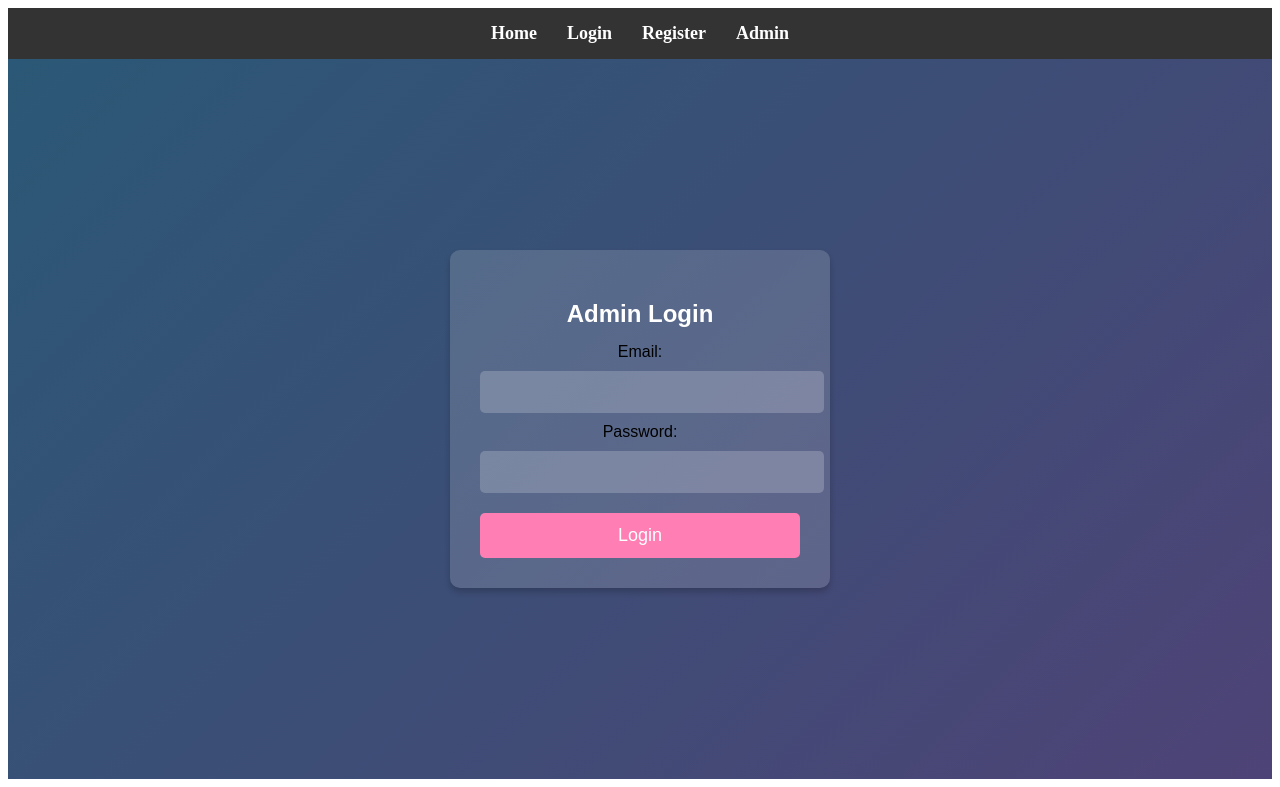
Repository: AhmedIbu/angular-login-app
Page: /admin-login (app in angular-login-app/)
The author's editor kept a copy of each file at every save. The page is drawn from the files as they stood at one save, then again after the next save.
The browser window is 1280 px wide. The pictures show the whole page.
The project was rebuilt for these pictures with package versions that can differ from the ones it lists, and the page was loaded fresh each time. Also part of the build but not shown: angular-login-app/angular.json, angular-login-app/src/app/home/home.component.ts, angular-login-app/src/app/login/login.component.ts, angular-login-app/src/app/register/register.component.ts, angular-login-app/src/app/services/user.service.ts, angular-login-app/src/app/admin-dashboard/admin-dashboard.component.ts, angular-login-app/src/app/user-dashboard/user-dashboard.component.ts.

Above is the page before, as saved 2025-02-21 11:36:25.

### angular-login-app/src/index.html
<!doctype html>
<html lang="en">
<head>
  <meta charset="utf-8">
  <title>AngularLoginApp</title>
  <base href="/">
  <meta name="viewport" content="width=device-width, initial-scale=1">
  <link rel="icon" type="image/x-icon" href="favicon.ico">
</head>
<body>
  <app-root></app-root>
</body>
</html>

### angular-login-app/src/styles.css
/*  app components css   */

/* Style the navigation bar */
.navbar {
  background: #333;
  padding: 15px;
  text-align: center;
}

/* Style the list */
.nav-list {
  list-style: none;
  padding: 0;
  margin: 0;
  display: flex;
  justify-content: center;
}

/* Style the navigation links */
.nav-list li {
  margin: 0 15px;
}

.nav-link {
  text-decoration: none;
  color: white;
  font-size: 18px;
  font-weight: bold;
  transition: color 0.3s ease-in-out;
}

/* Hover effect */
.nav-link:hover {
  color: #385348;
}

/* Responsive design */
@media (max-width: 600px) {
  .nav-list {
    flex-direction: column;
  }

  .nav-list li {
    margin-bottom: 10px;
  }
}

### angular-login-app/src/main.ts
import { bootstrapApplication } from '@angular/platform-browser';
import { appConfig } from './app/app.config';
import { AppComponent } from './app/app.component';
import { provideHttpClient } from '@angular/common/http';

bootstrapApplication(AppComponent, {
  ...appConfig, // ✅ Spread existing config
  providers: [
    ...appConfig.providers, // ✅ Keep existing providers
    provideHttpClient() // ✅ Ensure HTTP client is provided
  ]
}).catch(err => console.error(err));

### angular-login-app/src/app/app.config.ts
import { ApplicationConfig } from '@angular/core';
import { provideRouter, Routes } from '@angular/router';
import { provideHttpClient } from '@angular/common/http';

// ✅ Import standalone components
import { HomeComponent } from './home/home.component';
import { LoginComponent } from './login/login.component';
import { RegisterComponent } from './register/register.component';
import { AdminDashboardComponent } from './admin-dashboard/admin-dashboard.component';
import { AdminLoginComponent } from './admin-login/admin-login.component';
import { UserDashboardComponent } from './user-dashboard/user-dashboard.component';

// ✅ Define routes
const routes: Routes = [
  { path: '', component: HomeComponent}, // Default route
  { path: 'login', component: LoginComponent },
  { path: 'register', component: RegisterComponent },
  { path: 'admin-login', component: AdminLoginComponent },
  { path: 'user-dashboard', component: UserDashboardComponent },
  { path: 'admin-dashboard', component: AdminDashboardComponent },
  { path: '**', redirectTo: 'user-dashboard' } // Catch-all for unknown routes
];

export const appConfig: ApplicationConfig = {
  providers: [
    provideRouter(routes),
    provideHttpClient()
  ]
};

### angular-login-app/src/app/app.component.ts
import { Component } from '@angular/core';
import { RouterModule } from '@angular/router';

@Component({
  selector: 'app-root',
  standalone: true,
  imports: [RouterModule],
  templateUrl: './app.component.html',
  styleUrls: ['./app.component.css','../styles.css']
})
export class AppComponent { }

### angular-login-app/src/app/admin-login/admin-login.component.ts
import { Component } from '@angular/core';
import { Router } from '@angular/router';
import { CommonModule } from '@angular/common';
import { FormsModule } from '@angular/forms';
import { AuthService } from '../services/auth.service';

@Component({
  selector: 'app-admin-login',
  standalone: true,
  templateUrl: './admin-login.component.html',
  styleUrls: ['./admin-login.component.css'],
  imports: [CommonModule, FormsModule],
})
export class AdminLoginComponent {
  email = '';
  password = '';
  errorMessage = '';
  loading = false; // ✅ Added loading state

  constructor(private authService: AuthService, private router: Router) {}

  onAdminLogin() {
    if (!this.email.trim() || !this.password.trim()) {
      this.errorMessage = 'All fields are required!';
      return;
    }

    this.loading = true; // ✅ Disable button while loading
    console.log('🟡 Admin login clicked:', { email: this.email, password: this.password });

    this.authService.adminLogin(this.email, this.password).subscribe({
      next: (response: { success: boolean; token?: string }) => {
        console.log('✅ Admin Login Response:', response);

        if (response.success && response.token) {  // ✅ Ensure token exists
          localStorage.setItem('admin_token', response.token);  // ✅ Store token
          localStorage.setItem('admin', 'true'); // ✅ Ensure localStorage is updated

          alert('Admin Login Successful!');
          setTimeout(() => {
            this.router.navigate(['/admin-dashboard']);
          }, 100);
        } else {
          this.errorMessage = 'Invalid admin credentials!';
        }
      },
      error: (error) => {
        console.error('❌ Admin Login Failed:', error);
        this.errorMessage = error.error?.message || 'Login failed. Please try again.';
      },
      complete: () => {
        this.loading = false; // ✅ Re-enable button
      },
    });
  }
}

### angular-login-app/src/app/app.component.html
<nav class="navbar">
  <ul class="nav-list">
    <li><a routerLink="/" class="nav-link">Home</a></li>
    <li><a routerLink="/login" class="nav-link">Login</a></li>
    <li><a routerLink="/register" class="nav-link">Register</a></li>
    <li><a routerLink="/admin-login" class="nav-link">Admin</a></li>
  </ul>
</nav>

<router-outlet></router-outlet>

### angular-login-app/src/app/services/auth.service.ts
import { Injectable } from '@angular/core';
import { HttpClient, HttpHeaders } from '@angular/common/http';
import { Observable, BehaviorSubject, of } from 'rxjs';
import { map, catchError, tap } from 'rxjs/operators';

@Injectable({
  providedIn: 'root'
})
export class AuthService {
  private apiUrl = 'http://127.0.0.1:5000'; // ✅ Flask API URL
  private isAuthenticated = new BehaviorSubject<boolean>(this.hasToken());

  constructor(private http: HttpClient) {}

  // ✅ Regular User Login (API)
  login(credentials: { email: string; password: string }): Observable<{ success: boolean; token?: string; isAdmin?: boolean }> {
    const headers = new HttpHeaders({ 'Content-Type': 'application/json' });

    return this.http.post<{ token: string; isAdmin: boolean }>(`${this.apiUrl}/login`, credentials, { headers }).pipe(
      tap(response => console.log('✅ User Login API Response:', response)), // ✅ Log API response
      map(response => {
        if (response.token) {
          this.saveToken(response.token);
          localStorage.setItem('isAdmin', JSON.stringify(response.isAdmin));
          return { success: true, token: response.token, isAdmin: response.isAdmin };
        }
        return { success: false };
      }),
      catchError(error => {
        console.error('❌ Login Error:', error);
        return of({ success: false });
      })
    );
  }

  // ✅ Admin Login (API Call)
  adminLogin(email: string, password: string): Observable<{ success: boolean; token?: string }> {
    const headers = new HttpHeaders({ 'Content-Type': 'application/json' });

    return this.http.post<{ success: boolean; token?: string }>(`${this.apiUrl}/admin-login`, { email, password }, { headers }).pipe(
      tap(response => console.log('✅ Admin Login API Response:', response)), // ✅ Log API response
      map(response => {
        if (response.success && response.token) {
          this.saveToken(response.token);
          localStorage.setItem('admin', 'true'); // ✅ Save admin status
          return { success: true, token: response.token };
        }
        return { success: false };
      }),
      catchError(error => {
        console.error('❌ Admin Login Error:', error);
        return of({ success: false });
      })
    );
  }

  // ✅ Save Token
  saveToken(token: string) {
    localStorage.setItem('token', token);
    this.isAuthenticated.next(true);
  }

  // ✅ Retrieve Token
  getToken(): string | null {
    return localStorage.getItem('token');
  }

  // ✅ Check if Token Exists
  hasToken(): boolean {
    return !!localStorage.getItem('token');
  }

  // ✅ Check if Admin is Logged In
  isAdmin(): boolean {
    return localStorage.getItem('admin') === 'true' && this.hasToken();
  }

  // ✅ User Registration
  register(userData: any): Observable<any> {
    return this.http.post(`${this.apiUrl}/register`, userData).pipe(
      tap(response => {
        console.log('✅ Registration successful', response);
        alert('Registration successful! You can now log in.');
      }),
      catchError(error => {
        console.error('❌ Registration failed', error);
        alert('Registration failed. Try again.');
        return of(null);
      })
    );
  }

  // ✅ Logout & Clear Everything
  logout() {
    localStorage.removeItem('token');
    localStorage.removeItem('admin');
    this.isAuthenticated.next(false);
    window.location.reload(); // 🔹 Force refresh to clear session issues
  }

  // ✅ Observe Auth Status (for Guards)
  isAuthenticated$(): Observable<boolean> {
    return this.isAuthenticated.asObservable();
  }
}

### angular-login-app/src/app/admin-login/admin-login.component.html
<div class="admin-login-container">
  <div class="admin-login-box">
    <h2>Admin Login</h2>
      <form (ngSubmit)="onAdminLogin()">
        <label>Email:</label>
        <input type="email" [(ngModel)]="email" name="email" required />

        <label>Password:</label>
        <input type="password" [(ngModel)]="password" name="password" required />

        <button type="submit">Login</button>
        <p *ngIf="errorMessage" style="color: red">{{ errorMessage }}</p>
      </form>
  </div>
</div>

### angular-login-app/src/app/admin-login/admin-login.component.css
/* Full-page background with gradient */
.admin-login-container {
    display: flex;
    justify-content: center;
    align-items: center;
    height: 100vh;
    background: linear-gradient(135deg, #2b5876, #4e4376); /* Same as Register */
    font-family: "Poppins", sans-serif;
  }

  /* Admin login box */
  .admin-login-box {
    background: rgba(255, 255, 255, 0.15);
    padding: 30px;
    border-radius: 10px;
    box-shadow: 0 4px 6px rgba(0, 0, 0, 0.2);
    width: 320px;
    text-align: center;
  }

  /* Input fields */
  .admin-login-box input {
    width: 100%;
    padding: 12px;
    margin: 10px 0;
    border: none;
    border-radius: 5px;
    background: rgba(255, 255, 255, 0.2);
    color: #fff;
    font-size: 16px;
    outline: none;
  }

  /* Placeholder text */
  .admin-login-box input::placeholder {
    color: rgb(238, 238, 238);
  }

  /* Login button */
  .admin-login-box button {
    width: 100%;
    padding: 12px;
    margin-top: 10px;
    border: none;
    border-radius: 5px;
    background: #ff7eb3; /* Same button color as Register */
    color: white;
    font-size: 18px;
    cursor: pointer;
    transition: 0.3s ease-in-out;
  }

  /* Button hover effect */
  .admin-login-box button:hover {
    background: #ff4f8b;
    transform: scale(1.05);
  }

  /* Admin text */
  .admin-login-box h2 {
    color: white;
    margin-bottom: 15px;
  }

Loaded but not shown: angular-login-app/src/app/app.component.css (no stored copy; drawn as an empty file)

After the next save:
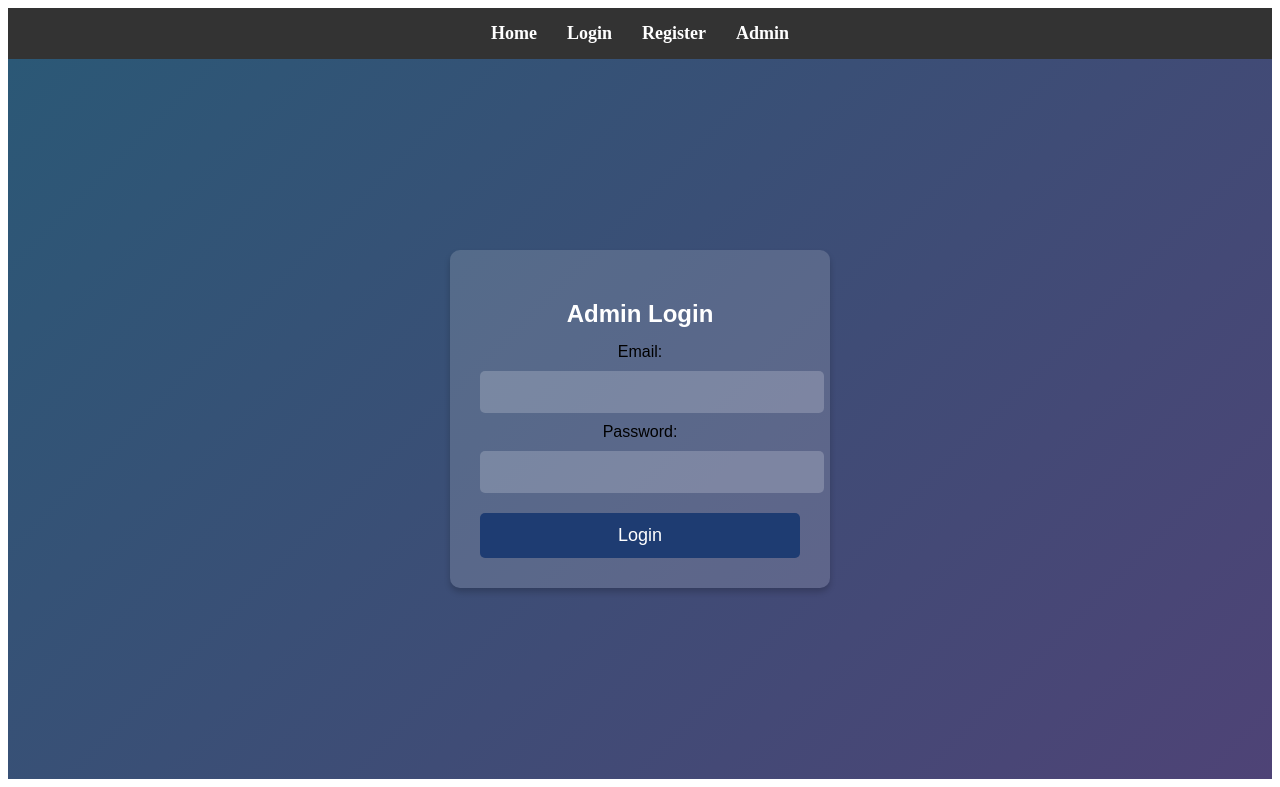
Saved 32 s later.
--- a/angular-login-app/src/app/admin-login/admin-login.component.css
+++ b/angular-login-app/src/app/admin-login/admin-login.component.css
@@ -43,7 +43,7 @@
     margin-top: 10px;
     border: none;
     border-radius: 5px;
-    background: #ff7eb3; /* Same button color as Register */
+    background: #1e3c72; /* Same button color as Register */
     color: white;
     font-size: 18px;
     cursor: pointer;
